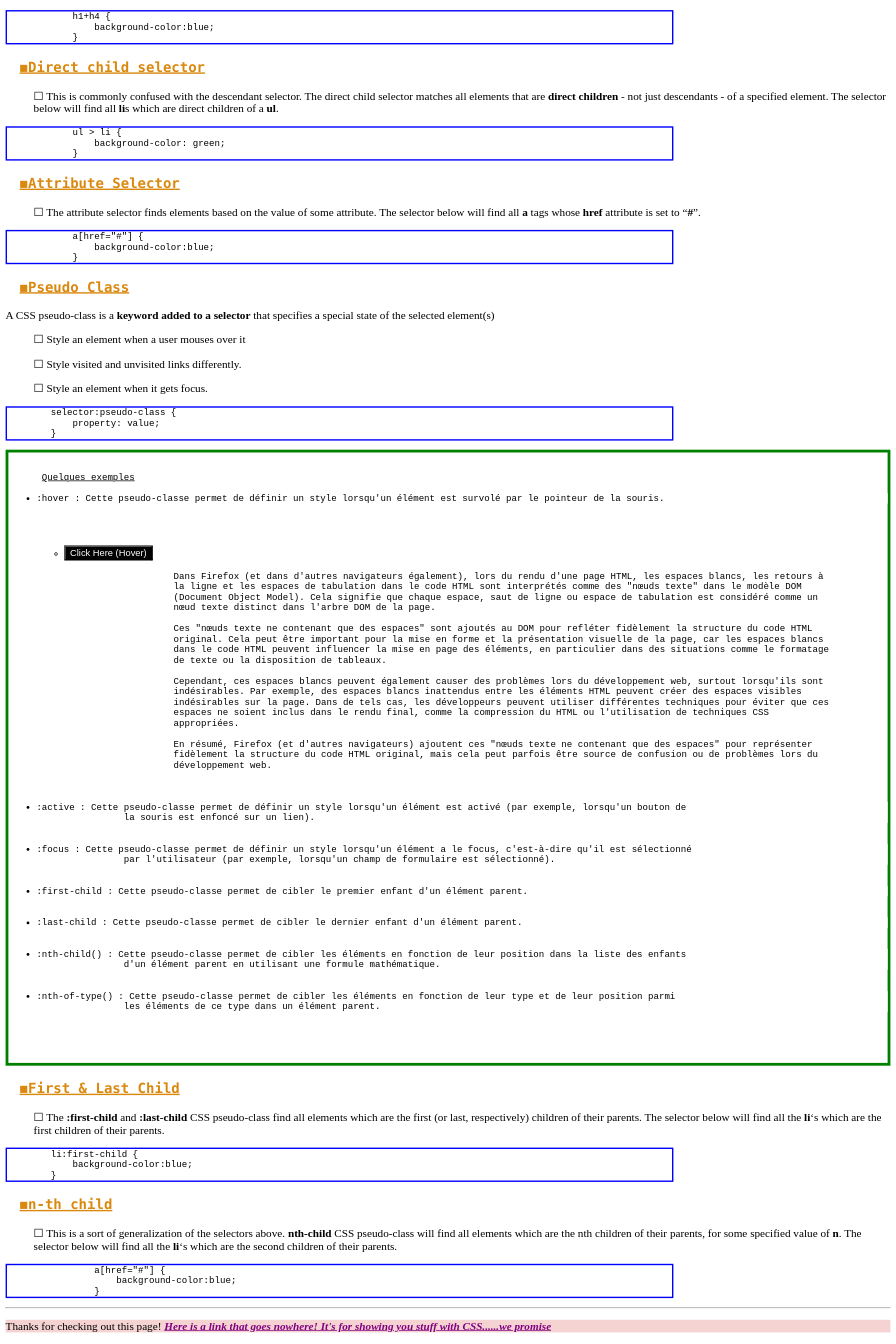
Repository: AnnaSpirit/Tests__
Page: CSS/Useful_Selectors.html
These files come from the project's save history. The page is drawn as it stood at one moment and after the next save; the edit follows.
The browser window is 1280 px wide. The pictures show the part of the page from y = 988 to 2908 px (the page is 2908 px tall before and 2638 px after), at 70% of full size.

Above is the page before, as saved 2024-04-01 18:40:07.

### CSS/Useful_Selectors.html
<!DOCTYPE html>
<html lang="en">
<head>
    <meta charset="UTF-8">
    <meta name="viewport" content="width=device-width, initial-scale=1.0">
    <title>Useful Selectors</title>
    <link rel="stylesheet" href="style_Selectors.css">
</head>
<body>
    <header>
        <h1>Welcome to our website</h1>
        <h4>We're so happy to have you</h4>
    </header>
    <section>
        <ul> Here are some reasons you should keep reading....
            <li>You're learning things!</li>
            <li>CSS is fun!</li>
            <li>Well.....not always, but it is essential to know!</li>
        </ul>
    </section>
    <section>
        <h3 style="padding-left: 20px;"> &#9724; Each CSS rule consists of :</h3>
            <p style="padding-left: 40px;"> &#9744; a selector - how we find the element/elements to target</p>
            <p style="padding-left: 40px;"> &#9744; and a pair of curly braces, a.k.a. <b>{}</b>.</p>
    <span >
        <pre style="border: 2px solid blue; margin-right: 310px">
            body {
                font-size: 14px;
                color: navy;
            }</pre></span>
    <p>Inside of <b>{ }</b> we specify properties and values; we separate the two with a <b>:</b>, and after the value we add a semi-colon <b>;</b>.</p>
            <p style="padding-left: 40px;"> &#9744; To add multiple selectors we separate each one by a comma <b>,</b></p>
    <span>
        <pre style="border: 2px solid blue; margin-right: 310px">
            p, a {
                font-size: 14px;
                color: navy;
            }</pre>
        </span>
        <h3 style="padding-left: 20px;"> &#9724; Universal Selector</h3>
        <p style="padding-left: 40px;">&#9744; We use the asterisk <b>*</b>, to select all the elements of the HTML page.</p>
        <p style="padding-left: 40px;">&#9744; The selector below will find ALL the tags inside of the HTML page and set their font color to blue.</p>
    <span>
        <pre style="border: 2px solid blue; margin-right: 310px">
            * {
                color: blue;
            }</pre>
    </span>
    <h3 style="padding-left: 20px;"> &#9724;Descendant Selector</h3>
    <p style="padding-left: 40px;">&#9744; The descendant selector matches all elements that are descendants of a specified element.</p>
    <p style="padding-left: 40px;">&#9744; The selector below will find all of the p tags inside of a footer tag (read the selectors from right to left).</p>
    <span>
        <pre style="border: 2px solid blue; margin-right: 310px">
            footer p {
                background-color:red;
            }</pre>
    </span>
    <h3 style="padding-left: 20px;"> &#9724;Adjacent Selector</h3>
    <p style="padding-left: 40px;">&#9744; The adjacent selector finds all elements that are <b>directly adjacent</b> to some other specified element. The selector below
    will find all the <b>h4</b> tags that are directly adjacent to an <b>h1</b> tag..</p>
    <span>
        <pre style="border: 2px solid blue; margin-right: 310px">
            h1+h4 {
                background-color:blue;
            }</pre>
    </span>
    <h3 style="padding-left: 20px;"> &#9724;Direct child selector</h3>
    <p style="padding-left: 40px;">&#9744; This is commonly confused with the descendant selector. The direct child selector matches all elements that are <b>direct
    children</b> - not just descendants - of a specified element. The selector below will find all <b>li</b>s which are direct children
    of a <b>ul</b>.</p>
    <span>
        <pre style="border: 2px solid blue; margin-right: 310px">
            ul > li {
                background-color: green;
            }</pre>
    </span>
    <h3 style="padding-left: 20px;"> &#9724;Attribute Selector</h3>
    <p style="padding-left: 40px;">&#9744; The attribute selector finds elements based on the value of some attribute. The selector below will find all <b>a</b> tags
    whose <b>href</b> attribute is set to “<b>#</b>”.</p>
    <span>
        <pre style="border: 2px solid blue; margin-right: 310px">
            a[href="#"] {
                background-color:blue;
            }</pre>
    </span>
    <h3 style="padding-left: 20px;"> &#9724;Pseudo Class</h3>
    <p>A CSS pseudo-class is a <b> keyword added to a selector</b> that specifies a special state of the selected element(s)</p>
    <p style="padding-left: 40px;">&#9744; Style an element when a user mouses over it</p>
    <p style="padding-left: 40px;">&#9744; Style visited and unvisited links differently.</p>
    <p style="padding-left: 40px;">&#9744; Style an element when it gets focus.</p>
    <span>
        <pre style="border: 2px solid blue; margin-right: 310px">
        selector:pseudo-class {
            property: value;
        }</pre>
    </span>
    <span>
        <pre style="border: 4px solid green;">
            <ul> <u>Quelques exemples</u>
                <li>:hover : Cette pseudo-classe permet de définir un style lorsqu'un élément est survolé par le pointeur de la souris.</li>
                <ul>
                    <li><button>Click Here (Hover)</button></li>
                    Dans Firefox (et dans d'autres navigateurs également), lors du rendu d'une page HTML, les espaces blancs, les retours à
                    la ligne et les espaces de tabulation dans le code HTML sont interprétés comme des "nœuds texte" dans le modèle DOM
                    (Document Object Model). Cela signifie que chaque espace, saut de ligne ou espace de tabulation est considéré comme un
                    nœud texte distinct dans l'arbre DOM de la page.

                    Ces "nœuds texte ne contenant que des espaces" sont ajoutés au DOM pour refléter fidèlement la structure du code HTML
                    original. Cela peut être important pour la mise en forme et la présentation visuelle de la page, car les espaces blancs
                    dans le code HTML peuvent influencer la mise en page des éléments, en particulier dans des situations comme le formatage
                    de texte ou la disposition de tableaux.

                    Cependant, ces espaces blancs peuvent également causer des problèmes lors du développement web, surtout lorsqu'ils sont
                    indésirables. Par exemple, des espaces blancs inattendus entre les éléments HTML peuvent créer des espaces visibles
                    indésirables sur la page. Dans de tels cas, les développeurs peuvent utiliser différentes techniques pour éviter que ces
                    espaces ne soient inclus dans le rendu final, comme la compression du HTML ou l'utilisation de techniques CSS
                    appropriées.

                    En résumé, Firefox (et d'autres navigateurs) ajoutent ces "nœuds texte ne contenant que des espaces" pour représenter
                    fidèlement la structure du code HTML original, mais cela peut parfois être source de confusion ou de problèmes lors du
                    développement web.
                </ul>
                <li>:active : Cette pseudo-classe permet de définir un style lorsqu'un élément est activé (par exemple, lorsqu'un bouton de
                la souris est enfoncé sur un lien).</li>
                <li>:focus : Cette pseudo-classe permet de définir un style lorsqu'un élément a le focus, c'est-à-dire qu'il est sélectionné
                par l'utilisateur (par exemple, lorsqu'un champ de formulaire est sélectionné).</li>
                <li>:first-child : Cette pseudo-classe permet de cibler le premier enfant d'un élément parent.</li>
                <li>:last-child : Cette pseudo-classe permet de cibler le dernier enfant d'un élément parent.</li>
                <li>:nth-child() : Cette pseudo-classe permet de cibler les éléments en fonction de leur position dans la liste des enfants
                d'un élément parent en utilisant une formule mathématique.</li>
                <li>:nth-of-type() : Cette pseudo-classe permet de cibler les éléments en fonction de leur type et de leur position parmi
                les éléments de ce type dans un élément parent.</li>
            </ul>
        </pre>
    </span>

    <h3 style="padding-left: 20px;"> &#9724;First & Last Child</h3>
    <p style="padding-left: 40px;">&#9744; The <b>:first-child</b> and <b>:last-child</b> CSS pseudo-class find all elements which are the first (or last, respectively) children
    of their parents. The selector below will find all the <b>li</b>‘s which are the first children of their parents.</p>
    <span>
        <pre style="border: 2px solid blue; margin-right: 310px">
        li:first-child {
            background-color:blue;
        }</pre>
    </span>

    <h3 style="padding-left: 20px;"> &#9724;n-th child</h3>
    <p style="padding-left: 40px;">&#9744; This is a sort of generalization of the selectors above. <b>nth-child</b> CSS pseudo-class will find all elements which are the
    nth children of their parents, for some specified value of <b>n</b>. The selector below will find all the <b>li</b>‘s which are the second children of their parents.</p>
    <span>
        <pre style="border: 2px solid blue; margin-right: 310px">
                a[href="#"] {
                    background-color:blue;
                }</pre>
    </span>
    </section>
    <hr>
    <footer>

        <p>
            Thanks for checking out this page!
            <a href="#">Here is a link that goes nowhere! It's for showing you stuff with CSS......we promise</a>
        </p>
    </footer>
</body>
</html>

### CSS/style_Selectors.css
/* Universal Selector */
/* * {
    color: brown;
} */
section>ul>li {
    background-color: rgb(53, 212, 53);
}

h3{
    color: rgb(218, 137, 14);
    font-family: "Lucida Console", Monaco, monospace;
    font-size: 20px;
    color: #DA890E;
    text-decoration: underline rgb(218, 137, 14);
}
h1+h4 {
    background-color: rgb(178, 178, 248);
}
a[href="#"] {
    color: purple;
    font-weight: bold;
    font-style: italic;
}

footer p {
    background-color: rgb(245, 211, 211);
}
pre>ul>li {
    background-color: white;
}

button {
    background-color: black;
    color: white;
}

button:hover {
    background-color: yellow;
    color: rgb(125, 45, 33);
}

After the next save:
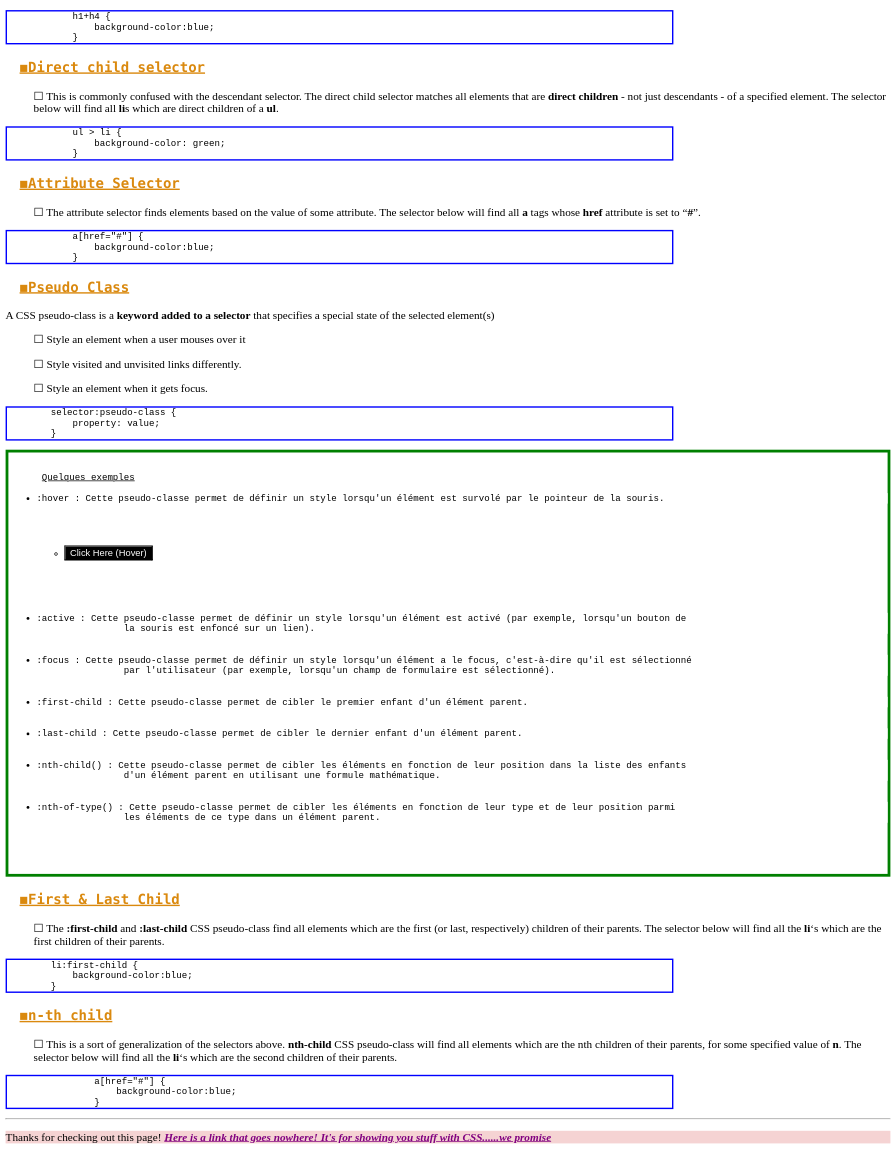
Saved 14 s later.
--- a/CSS/Useful_Selectors.html
+++ b/CSS/Useful_Selectors.html
@@ -100,7 +100,7 @@
                 <li>:hover : Cette pseudo-classe permet de définir un style lorsqu'un élément est survolé par le pointeur de la souris.</li>
                 <ul>
                     <li><button>Click Here (Hover)</button></li>
-                    Dans Firefox (et dans d'autres navigateurs également), lors du rendu d'une page HTML, les espaces blancs, les retours à
+                    <!-- Dans Firefox (et dans d'autres navigateurs également), lors du rendu d'une page HTML, les espaces blancs, les retours à
                     la ligne et les espaces de tabulation dans le code HTML sont interprétés comme des "nœuds texte" dans le modèle DOM
                     (Document Object Model). Cela signifie que chaque espace, saut de ligne ou espace de tabulation est considéré comme un
                     nœud texte distinct dans l'arbre DOM de la page.
@@ -118,7 +118,7 @@
 
                     En résumé, Firefox (et d'autres navigateurs) ajoutent ces "nœuds texte ne contenant que des espaces" pour représenter
                     fidèlement la structure du code HTML original, mais cela peut parfois être source de confusion ou de problèmes lors du
-                    développement web.
+                    développement web. -->
                 </ul>
                 <li>:active : Cette pseudo-classe permet de définir un style lorsqu'un élément est activé (par exemple, lorsqu'un bouton de
                 la souris est enfoncé sur un lien).</li>
